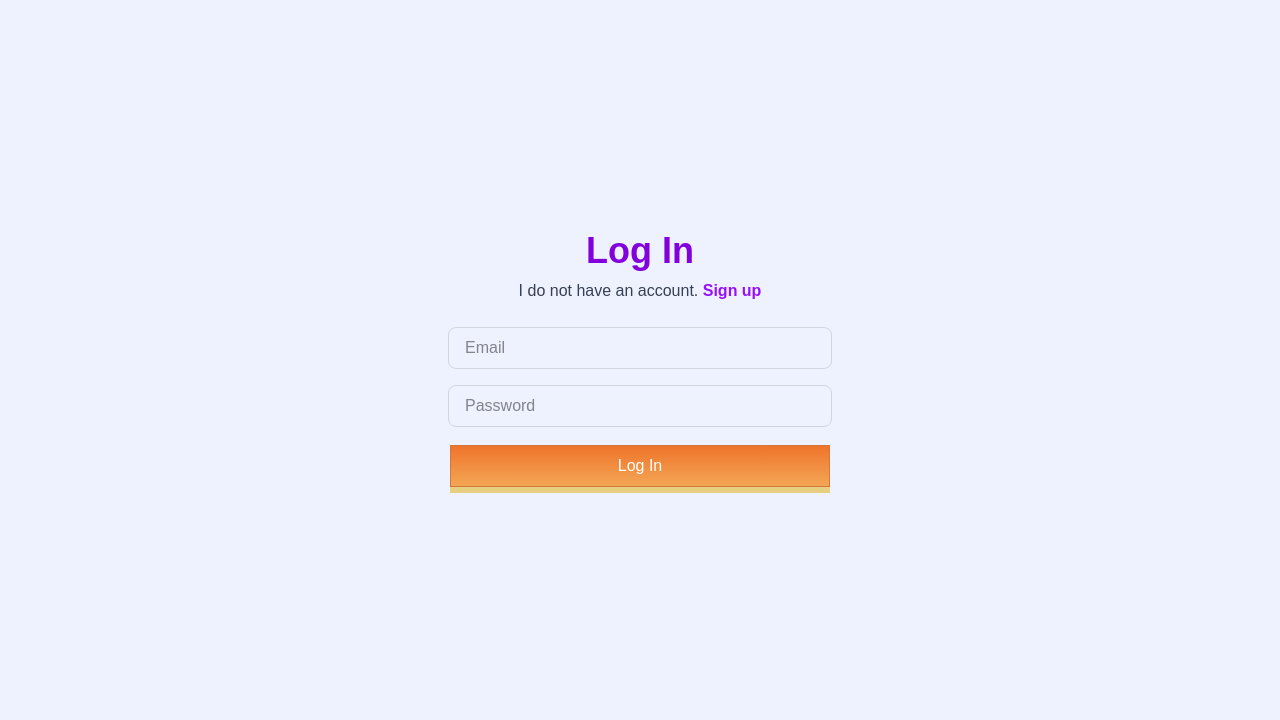
Repository: ramosfranz/bookie
Page: /login
An editor plug-in stored every save of this project. The page is shown before and after the next save, followed by the edit.
The browser window is 1280 px wide. The pictures show the whole page.
The page's requests for data from a server got no answer. Some web fonts or font styles are not loaded; a fallback is used. The project was rebuilt for these pictures with package versions that can differ from the ones it lists, and the page was loaded fresh each time. The framework's server and built-in components were replaced by stand-ins that run in the browser. No one was signed in, and anything a server would have sent is missing. Also part of the build but not shown: next.config.ts.

Above is the page before, as saved 2025-12-06 07:36:13.

After the next save:
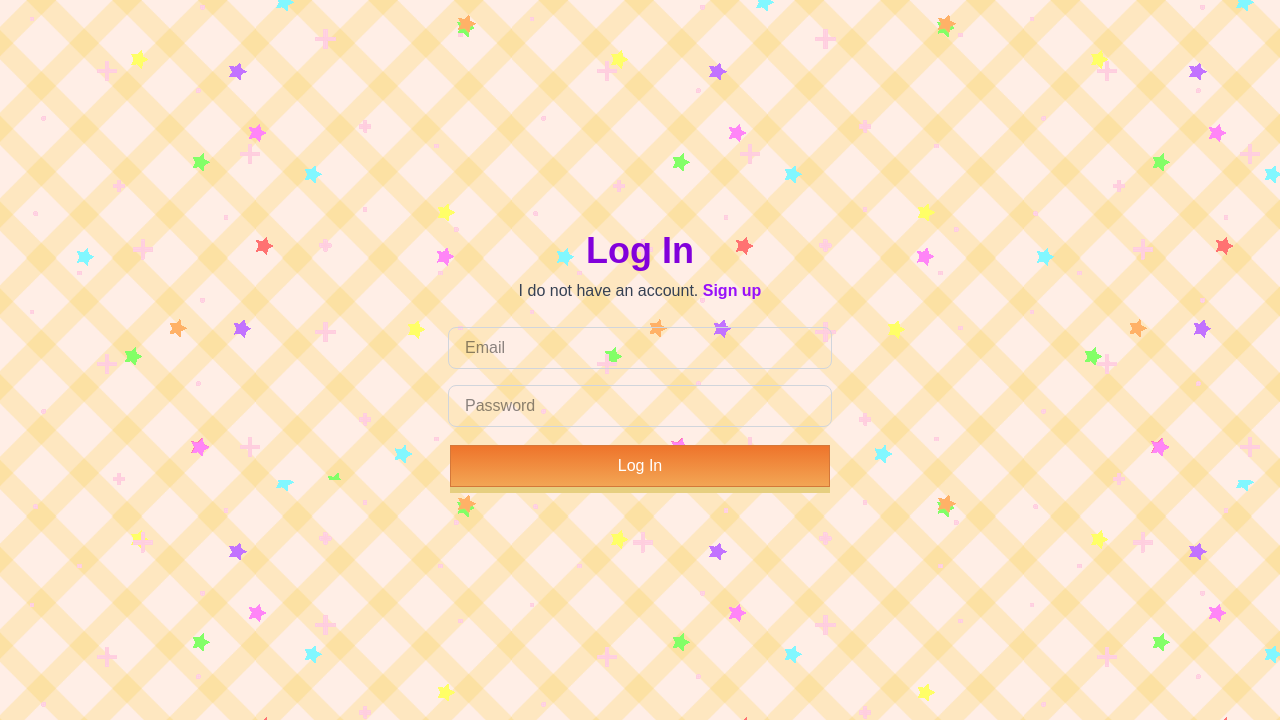
Saved 31 s later.
--- a/src/app/login/page.tsx
+++ b/src/app/login/page.tsx
@@ -56,7 +56,7 @@ export default function LoginPage() {
   };
 
   return (
-    <div className="flex flex-col items-center justify-center min-h-screen bg-indigo-50 p-6">
+    <div className="flex flex-col items-center justify-center min-h-screen bookieBackground p-6">
       <h1 className="text-4xl font-bold mb-2 text-purple-700">Log In</h1>
 
       {/* Sign up link below header */}
